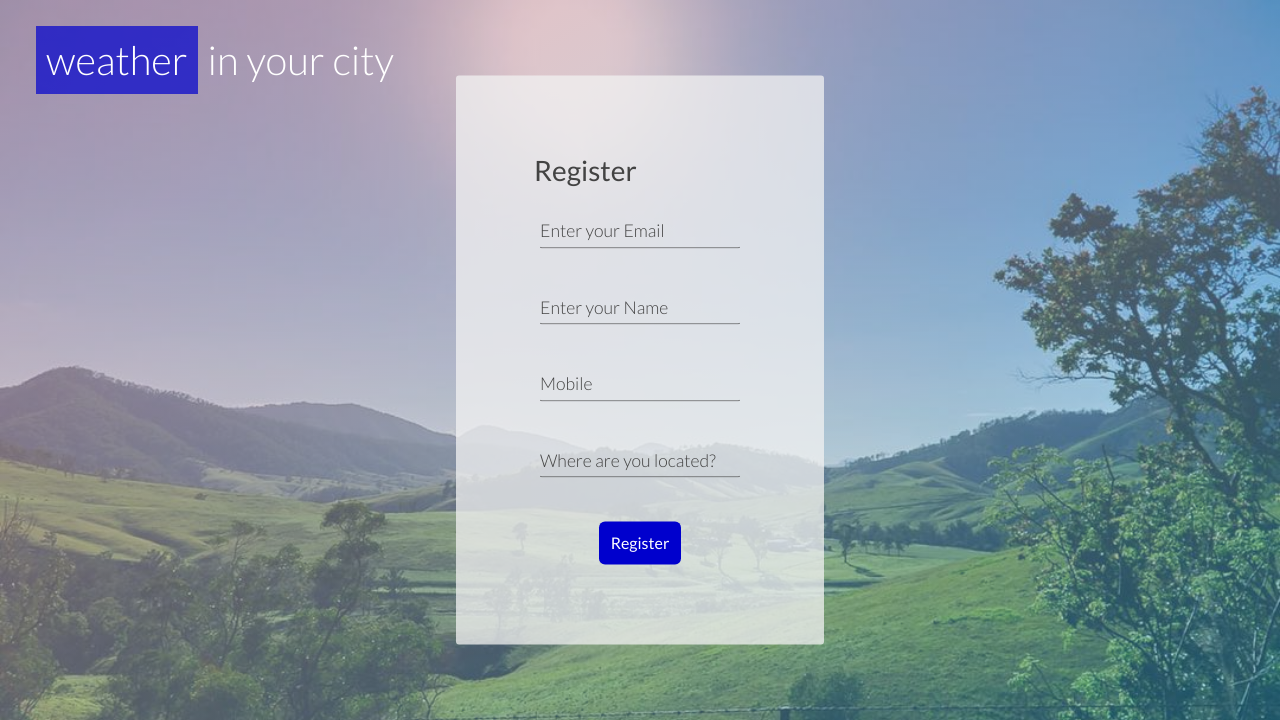
Repository: nosplashurinal/weather-app
Page: /
The author's editor kept a copy of each file at every save. The page is drawn from the files as they stood at one save, then again after the next save.
The browser window is 1280 px wide. The pictures show the whole page.
The project was rebuilt for these pictures with package versions that can differ from the ones it lists, and the page was loaded fresh each time. Also part of the build but not shown: src/components/RecentSearches.vue, src/components/Search.vue, src/components/WeatherDataBlock.vue, src/components/Login.vue.

Above is the page before, as saved 2018-12-31 18:24:04.

### public/index.html
<!DOCTYPE html>
<html lang="en">

<head>
	<meta charset="utf-8">
	<meta http-equiv="X-UA-Compatible" content="IE=edge">
	<meta name="viewport" content="width=device-width,initial-scale=1.0">
	<link rel="icon" href="<%= BASE_URL %>favicon.ico">
	<link href="https://fonts.googleapis.com/css?family=Lato:300,400" rel="stylesheet">
	<title>weather-app</title>
</head>

<body>
	<noscript>
		<strong>We're sorry but weather-app doesn't work properly without JavaScript enabled. Please enable it to continue.</strong>
	</noscript>
	<div id="app"></div>
	<!-- built files will be auto injected -->
</body>

</html>

### src/App.vue
<template>
  <div class="root-container">
    <div class="bg" v-bind:style="{backgroundImage: `url(${bg})`}"></div>
    <div class="overlay"></div>
    <div class="title">
      <span>weather</span>
      <span>in your city</span>
    </div>
    <Login v-bind:isLoginError="isLoginError" v-if="!loginSuccess && !showRegistration" v-on:on-login="attemptLogin" v-on:open-registration="showRegistration = true" />
    <Registration v-if="showRegistration" v-on:on-success="showRegistration = false" />
    <div v-if="loginSuccess" class="search-container" v-bind:class="{resultActive: showResults}">
      <Search
        v-bind:message="message"
        v-bind:showLoading="isLoadingResults"
        v-bind:isError="isError"
        v-on:on-key-press="onClickSearch"
        v-on:on-change="onInputChange"
      />
      <transition name="ease">
        <div class="results-container" v-if="showResults">
          <WeatherDataBlock v-bind:weatherData="weatherData"/>
        </div>
      </transition>
    </div>
  </div>
</template>

<script>
import Search from "./components/Search.vue";
import WeatherDataBlock from "./components/WeatherDataBlock.vue";
import Login from "./components/Login.vue";
import Registration from "./components/Registration.vue";
import axios from "axios";

export default {
  name: "app",
  components: {
    Search,
    WeatherDataBlock,
    Login,
    Registration
  },
  data() {
    return {
      currentQueryValue: null,
      results: [],
      showResults: false,
      address: null,
      isError: false,
      message: null,
      searchQuery: null,
      isLoadingResults: false,
      units: "metric",
      weatherData: undefined,
      bg: "/images/bg.jpg",
      weatherBg: null,
      screenWidth: window.innerWidth,
      screenHeight: window.innerHeight,
      showRegistration: false,
      loginSuccess: false,
      isLoginError: false
    };
  },
  created: function() {
    if (!JSON.parse(window.localStorage.getItem("user"))) {
      this.showRegistration = true;
    }
  },
  mounted: function() {
    if (JSON.parse(window.localStorage.getItem("searches"))) {
      this.validateRecentSearches();
    }
  },
  watch: {
    async searchQuery(newQuery) {
      let storedWeatherData;
      this.showResults = false;

      // Check if anything is saved in localStorage
      if (window.localStorage.getItem("searches")) {
        // Now, check if the current query matches anything in localStorage
        storedWeatherData = this.getFromLocalStorage(newQuery);
      } else {
        // Create an empty object in localStorage
        window.localStorage.setItem("searches", null);
      }
      if (storedWeatherData) {
        this.isLoadingResults = true;
        // Translate localStorage data into the format needed to display the data
        setTimeout(
          () =>
            (this.weatherData = this.parseStoredWeatherData(
              storedWeatherData.result
            )),
          0.0001
        );
      } else {
        this.isLoadingResults = true;
        try {
          let weatherData = await this.fetchWeatherDataForCity(
            this.searchQuery
          );
          const formattedData = this.parseApiResponse(newQuery, weatherData);
          this.pushDataToLocalStorage(formattedData);
          this.weatherData = formattedData.result;
        } catch {
          this.isLoadingResults = false;
          this.isError = true;
        }
      }
    },
    weatherData() {
      this.isLoadingResults = false;
      this.showResults = true;
      this.changeBackgroundImage();
    }
  },
  methods: {
    async validateRecentSearches() {
      let storedData = window.localStorage.getItem("searches");
      let storedDataObject = JSON.parse(storedData);
      let promiseArray = [];
      let newDataObject = [];
      storedDataObject.forEach(({ result }) => {
        promiseArray.push(this.fetchWeatherDataForCity(result.name));
      });
      let responseArray = await Promise.all(promiseArray);
      responseArray.forEach((data, index) => {
        const formattedData = this.parseApiResponse(
          storedDataObject[index].query,
          data
        );
        newDataObject.push(formattedData);
      });
      window.localStorage.setItem("searches", JSON.stringify(newDataObject));
    },
    timeDifferenceBetwenNowAndDate(d) {
      const date = new Date(d * 1000);
      const now = new Date();
      return (now.getTime() - date.getTime()) / (1000 * 60);
    },
    attemptLogin(e) {
      const user = window.localStorage.getItem("user");
      if (user === e) {
        this.loginSuccess = true;
      } else {
        this.isLoginError = true;
      }
    },
    onInputChange() {
      if (this.isError) this.isError = false;
    },
    pushDataToLocalStorage(newDataItem) {
      let storedData = window.localStorage.getItem("searches");
      let storedDataObject = JSON.parse(storedData);
      let newDataObject = [];
      if (storedDataObject) {
        newDataObject = [...storedDataObject, newDataItem];
      } else {
        newDataObject.push(newDataItem);
      }
      window.localStorage.setItem("searches", JSON.stringify(newDataObject));
    },
    parseApiResponse(query, data) {
      return {
        query,
        result: {
          id: data.sys.id,
          temp: data.main.temp,
          name: data.name,
          country: data.sys.country,
          icon: data.weather[0].icon,
          description: data.weather[0].description,
          date: data.dt,
          humidity: data.wind.speed,
          wind: data.main.humidity
        }
      };
    },
    parseStoredWeatherData(data) {
      return {
        name: data.name,
        country: data.country,
        humidity: data.humidity,
        temp: data.temp,
        wind: data.wind,
        icon: data.icon,
        description: data.description,
        date: data.date
      };
    },
    getFromLocalStorage(i) {
      const localStorage = window.localStorage;
      const searchObject = JSON.parse(localStorage.getItem("searches"));
      if (searchObject) {
        return searchObject.find(item => item.query === i);
      } else {
        return null;
      }
    },
    onClickSearch(e) {
      this.searchQuery = e;
    },
    fetchWeatherDataForCity(city) {
      return new Promise((resolve, reject) => {
        axios
          .get(
            `http://api.openweathermap.org/data/2.5/weather?q=${city}&APPID=7c519880689160b16f5d233f16f2868d${
              this.units === "metric" ? "&units=metric" : ""
            }`
          )
          .then(response => {
            if (response.status === 404) {
              reject(response.err);
            } else {
              resolve(response.data);
            }
          })
          .catch(() => {
            this.isError = true;
            this.isLoadingResults = false;
            return;
          });
      });
    },
    changeBackgroundImage() {
      var newImg = new Image();
      newImg.onload = () => (this.bg = newImg.src);
      newImg.src = `https://loremflickr.com/1920/1080/${
        this.weatherData.description
      }`;
    }
  }
};
</script>

<style lang="scss" src="@/styles/app.scss">
</style>

### src/styles/app.scss
@import "./global.scss";
@import "./constants.scss";

.root-container {
  width: 100%;
  height: auto;
  overflow-y: scroll;
  overflow-x: hidden;
  font-size: 16px;
}
.bg {
  position: absolute;
  background-repeat: no-repeat;
  background-size: cover;
  background-position: center;
  -webkit-transition: background-image 500ms ease-in-out;
  transition: background-image 500ms ease-in-out;
  width: 100%;
  height: 100%;
}
.overlay {
  position: absolute;
  width: 100%;
  height: 100%;
  background-image: linear-gradient(
    to bottom right,
    rgba(230, 154, 154, 0.65),
    rgba(44, 181, 232, 0.4)
  );
}
.title {
  position: absolute;
  top: 36px;
  left: 36px;
  width: auto;
  height: auto;
  text-align: center;
  font-size: 2.5em;
  color: #fff;
  font-family: $font-primary;
  font-weight: 100;
  > span {
    padding: 0.25em;
    &:nth-child(1) {
      background-color: rgba($blue, 0.7);
    }
  }
}
.search-container {
  position: absolute;
  top: 50%;
  transform: translate(-50%, -50%);
  left: 50%;
  .results-container {
    margin-top: 4em;
    z-index: 9;
  }
}
.ease-enter-active,
.ease-leave-active {
  transition: all 900ms cubic-bezier(0, 0.57, 0.01, 0.97);
}
.ease-enter, .ease-leave-to /* .fade-leave-active below version 2.1.8 */ {
  opacity: 0;
  transform: scale(0.9) translate(0, 50px);
}
.slide-enter-active, .slide-leave-active {
  transition: opacity 350ms ease-in-out;
}
.slide-enter /* .fade-leave-active below version 2.1.8 */ {
  opacity: 0;
}

### src/styles/global.scss
html, body {
	position: relative;
	width: 100%;
	height: 100%;
}

body {
	color: #333;
	margin: 0;
	padding: 0;
	box-sizing: border-box;
	font-family: -apple-system, BlinkMacSystemFont, "Segoe UI", Roboto, Oxygen-Sans, Ubuntu, Cantarell, "Helvetica Neue", sans-serif;
}

a {
	color: rgb(0,100,200);
	text-decoration: none;
}

a:hover {
	text-decoration: underline;
}

a:visited {
	color: rgb(0,80,160);
}

label {
	display: block;
}

input, button, select, textarea {
	font-family: inherit;
	font-size: inherit;
	padding: 0.4em;
	margin: 0 0 0.5em 0;
	box-sizing: border-box;
	border: 1px solid #ccc;
	border-radius: 2px;
}

input:disabled {
	color: #ccc;
}

button {
	background-color: #f4f4f4;
	outline: none;
}

button:active {
	background-color: #ddd;
}

button:focus {
	border-color: #666;
}

p {
	margin: 0;
	padding: 0;
}

ul {
	list-style: none;
}
input:focus {
	outline: 0;
}
button {
	border: 0;
}

### src/styles/constants.scss
$blue: rgb(0, 0, 205);
$font-primary: "Lato", sans-serif;

### src/components/Registration.vue
<template>
  <div class="registration">
    <p>Register</p>
    <div class="fields-container">
      <input
        placeholder="Enter your Email"
        autofocus
        autocomplete="off"
        type="email"
        name="email"
        class="email"
        id="email"
        v-model="email"
      >
      <input
        placeholder="Enter your Name"
        autofocus
        autocomplete="off"
        type="text"
        name="name"
        class="name"
        id="name"
        v-model="name"
      >
      <input
        placeholder="Mobile"
        autofocus
        autocomplete="off"
        type="phone"
        name="mobile"
        class="mobile"
        id="mobile"
        v-model="mobile"
      >
      <input
        placeholder="Where are you located?"
        autofocus
        autocomplete="off"
        type="text"
        name="location"
        class="location"
        id="location"
        v-model="location"
      >
    </div>
    <button type="button" class="next" v-on:click="onRegister">Register</button>
  </div>
</template>
<script>
export default {
  name: "Registration",
  data() {
    return {
      email: null,
      name: null,
      mobile: null,
      location: null
    };
  },
  methods: {
    onRegister() {
      const { email, name, mobile, location } = this;
      const userObject = {
        email,
        name,
        mobile,
        location
      };
      window.localStorage.setItem("user", JSON.stringify(userObject));
      this.$emit("on-success");
    }
  }
};
</script>
<style lang="scss" src="@/styles/registration.scss">
</style>

### src/styles/registration.scss
@import "./constants.scss";

.registration {
  position: absolute;
  top: 50%;
  transform: translate(-50%, -50%);
  left: 50%;
  background: rgba(#f2f2f2, 0.75);
  border-radius: 3px;
  font-family: "Lato", sans-serif;
  padding: 4em;
  p {
    color: #434343;
    position: relative;
    font-size: 1.75em;
    padding: 0.5em 0.5em;
    margin-bottom: 0.5em;
  }
  .fields-container {
    position: relative;
    padding: 0 1.25em;
    ::-webkit-input-placeholder { /* Chrome/Opera/Safari */
      color: #434343;
    }
    ::-moz-placeholder { /* Firefox 19+ */
      color: #434343;
    }
    input {
      color: #434343;
      background: transparent;
      border: 0;
      display: block;
      border-bottom: 1px solid #434343;
      font-size: 1.1em;
      font-weight: 300;
      margin: 0;
      width: 200px;
      height: auto;
      padding: 0;
      padding: 0.3em 0;
      margin-bottom: 2.5em;
      &::focus {
        background: transparent;
        border: 0;
        border-bottom: 1px solid #434343;
        outline: none;
        box-shadow: none;
      }
    }
  }
  .next {
    background: $blue;
    color: #fff;
    padding: 0.75em;
    margin: auto;
    display: block;
    margin-bottom: 1em;
    border-radius: 6px;
    cursor: pointer;
  }
}

Loaded but not shown: src/main.js (common file)

After the next save:
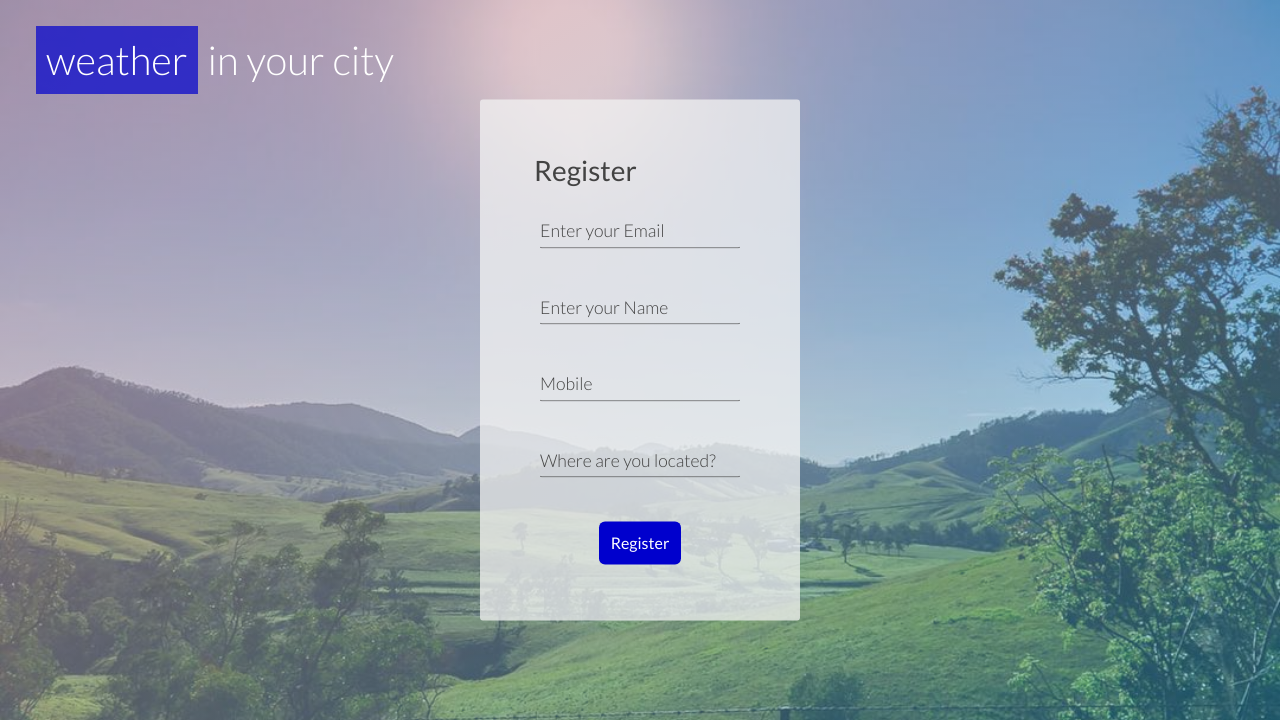
Saved 9 s later.
--- a/src/styles/registration.scss
+++ b/src/styles/registration.scss
@@ -8,7 +8,7 @@
   background: rgba(#f2f2f2, 0.75);
   border-radius: 3px;
   font-family: "Lato", sans-serif;
-  padding: 4em;
+  padding: 2.5em;
   p {
     color: #434343;
     position: relative;
